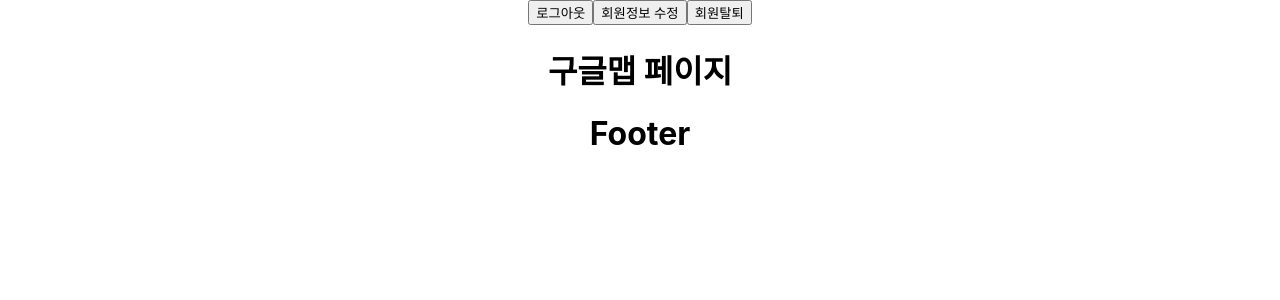
Repository: gimm5550/frontend2
Page: /GoogleMap
The author's editor kept a copy of each file at every save. The page is drawn from the files as they stood at one save, then again after the next save.
The browser window is 1280 px wide. The pictures show the whole page.
The project was rebuilt for these pictures with package versions that can differ from the ones it lists, and the page was loaded fresh each time. Also part of the build but not shown: src/components/common/KakaoLoginButton.js, src/components/FromServer.js, src/components/UserDetail.js, src/components/layout/LandingPageLayout.js, src/components/layout/UserDetailLayout.js, src/components/LoginForm.js, src/components/layout/LoginFormLayout.js, src/components/RegisterForm.js and 14 more.

Above is the page before, as saved 2024-11-17 09:50:45.

### public/index.html
<!DOCTYPE html>
<html lang="en">
  <head>
    <meta charset="utf-8" />
    <link rel="icon" href="%PUBLIC_URL%/favicon.ico" />
    <meta name="viewport" content="width=device-width, initial-scale=1" />
    <meta name="theme-color" content="#000000" />
    <meta
      name="description"
      content="Web site created using create-react-app"
    />
    <link rel="apple-touch-icon" href="%PUBLIC_URL%/logo192.png" />
    <!--
      manifest.json provides metadata used when your web app is installed on a
      user's mobile device or desktop. See https://developers.google.com/web/fundamentals/web-app-manifest/
    -->
    <link rel="manifest" href="%PUBLIC_URL%/manifest.json" />
    <!--
      Notice the use of %PUBLIC_URL% in the tags above.
      It will be replaced with the URL of the `public` folder during the build.
      Only files inside the `public` folder can be referenced from the HTML.

      Unlike "/favicon.ico" or "favicon.ico", "%PUBLIC_URL%/favicon.ico" will
      work correctly both with client-side routing and a non-root public URL.
      Learn how to configure a non-root public URL by running `npm run build`.
    -->
    <title>React App</title>
    <script src="https://developers.kakao.com/sdk/js/kakao.min.js"></script> <!-- 카카오 SDK 추가 -->
  </head>
  <body>
    <noscript>You need to enable JavaScript to run this app.</noscript>
    <div id="root"></div>
    <!--
      This HTML file is a template.
      If you open it directly in the browser, you will see an empty page.

      You can add webfonts, meta tags, or analytics to this file.
      The build step will place the bundled scripts into the <body> tag.

      To begin the development, run `npm start` or `yarn start`.
      To create a production bundle, use `npm run build` or `yarn build`.
    -->
  </body>
</html>

### src/index.js
import React from 'react';
import ReactDOM from 'react-dom/client';
import './index.css';
import App from './App';
import reportWebVitals from './reportWebVitals';
import { BrowserRouter } from 'react-router-dom';
// 카카오 SDK 초기화
if (window.Kakao) {
  window.Kakao.init("629a046bf0fa611328bd69bc1571aa3a"); // 카카오 JavaScript 키로 SDK 초기화
  console.log("Kakao SDK initialized:", window.Kakao.isInitialized());
}
const root = ReactDOM.createRoot(document.getElementById('root'));
root.render(
  <React.StrictMode>
    <BrowserRouter>
      <App />
    </BrowserRouter>
  </React.StrictMode>
);

// If you want to start measuring performance in your app, pass a function
// to log results (for example: reportWebVitals(console.log))
// or send to an analytics endpoint. Learn more: https://bit.ly/CRA-vitals
reportWebVitals();

### src/App.js
import React from 'react';
import './App.css';
import FromServer from './components/FromServer';
import { Route, Routes } from 'react-router-dom';
import UserDetail from './components/UserDetail';
import LandingPageLayout from './components/layout/LandingPageLayout';
import UserDetailLayout from './components/layout/UserDetailLayout';
import routes from './routes';
import { AuthProvider } from './AuthContext'; // AuthProvider import

function App() {
  const getRoutes = (allRoutes) =>
    allRoutes.map((route) => {
      if (route.route) {
        return (
          <Route
            exact
            path={route.route}
            element={route.component}
            key={route.key}
          />
        );
      }
      return null;
    });

  return (
    <div className="App">
      <AuthProvider> {/* AuthProvider로 전체 애플리케이션 감싸기 */}
        <Routes>
          {getRoutes(routes)}
          <Route path='*' element={<LandingPageLayout />} />
        </Routes>
      </AuthProvider>
    </div>
  );
}

export default App;

### src/routes.js
import LoginFormLayout from "./components/layout/LoginFormLayout";
import UserDetailLayout from "./components/layout/UserDetailLayout";
import RegisterFormLayout from "./components/layout/RegisterFormLayout";
import MainListLayout from "./components/layout/MainListLayout"; // community_detail
import CommunityDetailLauout from "./components/layout/community_detailLayout";
import NewCommunityLayout from "./components/layout/NewCommunityLayout";
import CommunityViewLayout from "./components/layout/CommunityViewLayout"; // AdminClient
import AdminClientLayout from "./components/layout/AdminClientLayout";
import EditFormLayout from "./components/layout/EditFormLayout";
import GoogleMapLayout from "./components/layout/GoogleMapLayout";
const routes = [
    {
        name:"UserDetail",
        key:"userDetail",
        route:"/user-detail/:userId",
        component:<UserDetailLayout></UserDetailLayout>
    },
    {
        name:"LoginForm",
        key:"loginForm",
        route:"/login",
        component:<LoginFormLayout></LoginFormLayout>
    },
    {
        name:"RegisterForm",
        key:"RegisterForm",
        route:"/register",
        component:<RegisterFormLayout></RegisterFormLayout>
    },
    {
        name:"MainList",
        key:"MainList",
        route:"/mainlist",
        component:<MainListLayout></MainListLayout>
    },
    {
        name:"community_detail",
        key:"community_detail",
        route:"/community_detail",
        component:<CommunityDetailLauout></CommunityDetailLauout>
    },
    {
        name:"new_community",
        key:"new_community",
        route:"/new_community",
        component:<NewCommunityLayout></NewCommunityLayout>
    },
    {
        name:"CommunityView",
        key:"CommunityView",
        route:"/CommunityView",
        component:<CommunityViewLayout></CommunityViewLayout>
    },
    {
        name: "CommunityView",
        key: "communityView",
        route: "/CommunityView/:id", // ID를 URL 매개변수로 받도록 수정
        component: <CommunityViewLayout></CommunityViewLayout>
    },
    {
        name: "AdminClient",
        key: "AdminClient",
        route: "/AdminClient/:id", // ID를 URL 매개변수로 받도록 수정
        component: <AdminClientLayout></AdminClientLayout>
    },
    {
        name: "community_detail",
        key: "community_detail",
        route: '/community_detail/:id', // ID를 URL 매개변수로 받도록 수정
        component: <CommunityDetailLauout></CommunityDetailLauout>
    },
    {
        name: "new_community",
        key: "new_community",
        route: '/new_community/:id', // ID를 URL 매개변수로 받도록 수정 `/CommunityView/${id}/${communityId}`
        component: <NewCommunityLayout></NewCommunityLayout>
    },
    {
        name: "new_community",
        key: "new_community",
        route: '/CommunityView/:id/:communityId',
        component: <CommunityViewLayout></CommunityViewLayout>
    },
    {
        name:"EditForm",
        key:"EditForm",
        route:"/edit_info",
        component:<EditFormLayout></EditFormLayout>
    },
    {
        name:"GoogleMap",
        route: "/GoogleMap",
        component: <GoogleMapLayout />, // GoogleMapLayout 컴포넌트 연결
        key: "google-map",
    },
]
export default routes;

### src/AuthContext.js
import React, { createContext, useContext, useState } from 'react';

const AuthContext = createContext();

export const AuthProvider = ({ children }) => {
    const [user, setUser] = useState(null); // 로그인한 사용자 정보를 저장할 상태

    const login = (userData) => {
        setUser(userData); // 로그인 시 사용자 정보 저장
    };

    const logout = () => {
        setUser(null); // 로그아웃 시 사용자 정보 초기화
    };

    return (
        <AuthContext.Provider value={{ user, login, logout }}>
            {children}
        </AuthContext.Provider>
    );
};

// 사용자 정보를 가져오는 커스텀 훅
export const useAuth = () => {
    return useContext(AuthContext);
};

### src/url.js
const baseURL = 'https://jsonplaceholder.typicode.com'
export const REQUEST_URL = {
  POSTS: `${baseURL}/posts`,
  USERS: `${baseURL}/users`,
}

### src/api.js
import axios from 'axios';
//114.204.175.6
//172.30.126.174
const instance = axios.create({
    baseURL: 'http://172.30.126.174:8080',
    timeout: 10000
});

export default {


    login(id, pw) {
        console.log("login api 실행됨")
        return instance.post('/api/users/login', { userId: id, userPw: pw});
    },

    register(id, pw) {
        return instance.post('/api/users/register', { userId: id, userPw: pw});
    },

    list() {
        return instance.get('/api/list');
    },

    createCommunity(data) {
        return instance.post('/taxi/community', data);
    },

    call(id, startLat, startLng, startAddr, endLat, endLng, endAddr) {
        return instance.post('/taxi/call', {
            userId: id,
            startLat: startLat,
            startLng: startLng,
            startAddr: startAddr,
            endLat: endLat,
            endLng: endLng,
            endAddr: endAddr
        });
    },

    geoCoding(coords, key) {
        let url = "https://maps.googleapis.com/maps/api/geocode/json";
        let lat = coords.latitude;
        let lng = coords.longitude;

        return axios.get(`${url}?latlng=${lat},${lng}&key=${key}&language=ko`);
    },

    // 커뮤니티 상세보기 API
    getCommunityDetail(communityId) {
        console.log("communityId:", communityId);
        return instance.get(`/community/${communityId}`);
    },

    // 커뮤니티 삭제 API
    deleteCommunity(communityId) {
        console.log("communityId:", communityId);
        return instance.delete(`/community/${communityId}`);
    },

    editCommunity(communityId, updatedData) {
        console.log("communityId:", communityId);
        console.log("updatedData:", updatedData);  // 수정할 데이터를 콘솔에 출력
        return instance.put(`/community/${communityId}`, updatedData);
    },

    outing(id, title, content, admin_id, member_count){
        console.log("outring함수실행")
        return instance.post('/community', {
            id: id,
            title: title,
            content: content,
            admin_id: admin_id,
            member_count: member_count
        });
    },

    newing(id, title, content, region){
        return instance.post('/new', {
            region: region,
            title: title,
            content: content,
            admin_id: id,
            member_count: 0
        });
    },

    detail_show(id){
        return instance.get(`/detail3/${id}`, {
            id: id
        });
    },

    detail_show2(id, id2){
        console.log("detail_show2실행")
        console.log("id:", id)
        return instance.get(`/detail4/${id}/${id2}`, {
        });
    },

    detail_new(title, content, editor, communityid){
        return instance.post('/detail2', {
            title: title,
            content: content,
            editor: editor,
            communityid: communityid
        });
    },

    detail_delete(id, detail_id) {
        return instance.delete(`/detail2/${id}/${detail_id}`); // URL에 detail_id를 포함시킴
    },

    add_comment(id, communityId, nickname, newComment){
        console.log("add_comment 실행!!")
        return instance.post(`/Comments/${id}/${communityId}`, {
            nickname: nickname,
            content: newComment
        });
    },
    // '/client/:id'
    get_approved_clients(id){
        return instance.get(`/client/${id}`, {
        });
    },

    get_pending_clients(id){
        return instance.get(`/client2/${id}`, {
        });
    },

    reject_client(clientId){
        return instance.delete(`/client2/${clientId}`, {
        });
    },

    expel_client(clientId){
        return instance.delete(`/client/${clientId}`, {
        });
    },

    approve_client(clientId, nickname){
        console.log("approve_client 발동")
        console.log("nickname2:", nickname)
        return instance.post(`/client/${clientId}`, {
            nickname: nickname
        });
    },

    request_join_community(nickname, communityId){
        return instance.post('/client2', {
            nickname: nickname
        });
    },

    get_pending_clients2(user_id){
        return instance.get(`/client3/${user_id}`, {
            user_id : user_id
        });
    },

    edit_info(userId){
        return instance.post('/edit', {
            userId: userId
        });
    },

    fetch_token(response){
        console.log("1")
        return instance.post('/login/success', {response: response});
    },

    getpassword(userId) {
        console.log("Sending userId as query parameter. userId:", userId);

        // userId가 객체일 경우 'id' 값을 추출, 그렇지 않으면 그대로 사용
        const extractedUserId = typeof userId === 'object' && userId.id ? userId.id : userId;

        // 추출된 userId를 URL 인코딩
        const encodedUserId = encodeURIComponent(extractedUserId);

        console.log("Encoded userId:", encodedUserId);

        // 인코딩된 userId를 URL에 포함
        return instance.get(`/api/edit/EditInfo?userId=${encodedUserId}`);
    },
    updateUser(userId2, userPw) {
        return instance.post('/api/edit/realedit',
        {
            userId2: userId2,
            userPw: userPw
        });
    },

    deleteUser(user) {
        return instance.post('/api/edit/delete',
        {
            user: user
        });
    },
    createTravelRecord(title, description) {
        return instance.post('/api/travel-records', { title : title, description : description });
    },
    addComment(travelRecordId, content, commentId) {
        console.log("commentId!!!!!!!:", commentId)
        return instance.post(`/api/comments`, {
            travelRecordId: travelRecordId,
            content: content,
            author: commentId.id // 작성자 이름을 적절히 설정
        });
    },
    // 댓글 데이터 가져오기
    getCommentsByTravelRecordId(travelRecordId) {
        return instance.get(`/api/comments/${travelRecordId}`);
    },
}

### src/components/layout/CommonLayout.js
import Footer from "../common/Footer";
import Header from "../common/Header";
export default function CommonLayout({children}){
    return <div>
            <Header></Header>
            {children}
            <Footer></Footer>
        </div>

}

### src/components/layout/GoogleMapLayout.js
import GoogleMap from "../GoogleMap";
import CommonLayout from "./CommonLayout";
export default function GoogleMapLayout(){
    console.log("GoogleMapLayout 실행됨")
    return<div>
            <CommonLayout>
                <GoogleMap></GoogleMap>
            </CommonLayout>
        </div>

}

### src/components/common/Footer.js
export default function Footer(){
    return<div>
            <h1>Footer</h1>
        </div>
}

### src/components/common/Header.js
import { useNavigate } from 'react-router-dom';
import React, { useEffect, useState } from "react";
import api from '../../api';
export default function Header() {
    const [user, setUser] = useState(null); // 사용자 정보 상태
    const navigate = useNavigate();
    const handleLogout = () => {
        console.log('로그아웃 처리');
        localStorage.removeItem('user'); // 로컬 스토리지에서 사용자 정보 삭제
        navigate('/login');
    };
    useEffect(() => {
        const userData = JSON.parse(localStorage.getItem('user')); // 로컬 스토리지에서 사용자 정보 가져오기
        setUser(userData);
    }, []);

    const handleEditProfile = () => {
        console.log('회원정보 수정 페이지로 이동');
        navigate('/edit_info');
        // 회원정보 수정 로직 추가
        //api.edit_info(user.id);
    };

    const handleDelete = () => {
        if (window.confirm('정말로 회원탈퇴를 하시겠습니까?')) {
            console.log('회원탈퇴 진행 중...');

            api.deleteUser(user.id) // user의 id만 전달
                .then(response => {
                    console.log('회원탈퇴 성공:', response.data);
                    alert('회원탈퇴가 완료되었습니다.');
                    localStorage.removeItem('user'); // 로컬 스토리지에서 사용자 정보 삭제
                    navigate('/login'); // 로그인 페이지로 이동
                })
                .catch(error => {
                    console.error('회원탈퇴 실패:', error);
                    alert('회원탈퇴 처리 중 오류가 발생했습니다.');
                });
        }
    };


    return (
        <div>
            {user && <p>현재 로그인된 아이디: {user.id}</p>}
            <div>
                <button onClick={handleLogout}>로그아웃</button>
                <button onClick={handleEditProfile}>회원정보 수정</button>
                <button onClick={handleDelete}>회원탈퇴</button>
            </div>
        </div>
    );
}

### src/components/GoogleMap.js
import React, { useEffect, useState } from "react";
import axios from "axios";
import { REQUEST_URL } from "../url";
import { useNavigate } from "react-router-dom";
import api from '../api';
import AsyncStorage from "@react-native-async-storage/async-storage";
import KakaoLoginButton from './common/KakaoLoginButton';
export default function GoogleMap() {

    return (
        <div>
            <h1>구글맵 페이지</h1>
        </div>
    );
}

Loaded but not shown: src/index.css (common file); src/reportWebVitals.js (common file); src/App.css (common file)

After the next save:
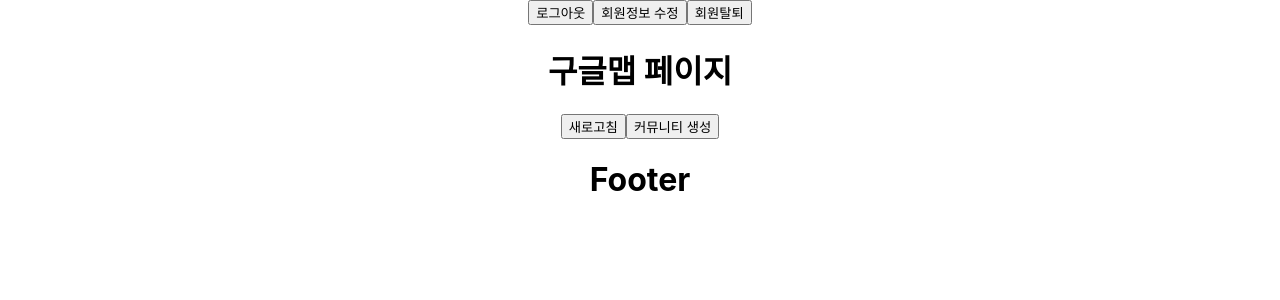
Saved 97 s later.
--- a/src/components/GoogleMap.js
+++ b/src/components/GoogleMap.js
@@ -3,13 +3,90 @@ import axios from "axios";
 import { REQUEST_URL } from "../url";
 import { useNavigate } from "react-router-dom";
 import api from '../api';
-import AsyncStorage from "@react-native-async-storage/async-storage";
 import KakaoLoginButton from './common/KakaoLoginButton';
+
 export default function GoogleMap() {
+    const [callList, setCallList] = useState([]);
+    const [loading, setLoading] = useState(false);
+    const [modalVisible, setModalVisible] = useState(false);
+    const [title, setTitle] = useState("");
+    const [content, setContent] = useState("");
+
+    const fetchCallList = async () => {
+        setLoading(true);
+        try {
+            const userId = await AsyncStorage.getItem('userId') || "";
+            const response = await api.list(userId);
+            const { code, message, data } = response.data[0];
+            if (code === 0) {
+                setCallList(data);
+            } else {
+                alert(`오류: ${message}`);
+            }
+        } catch (err) {
+            console.error("데이터 요청 중 오류 발생:", err);
+        } finally {
+            setLoading(false);
+        }
+    };
+
+    const createCommunity = async () => {
+        setModalVisible(true);
+    };
+
+    const submitCommunity = async () => {
+        try {
+            const userId = await AsyncStorage.getItem('userId') || "";
+            await api.createCommunity({ title, content, user_id: userId });
+            setModalVisible(false);
+            setTitle("");
+            setContent("");
+            fetchCallList(); // 새로고침
+        } catch (err) {
+            console.error("커뮤니티 생성 중 오류:", err);
+        }
+    };
+
+    useEffect(() => {
+        fetchCallList();
+    }, []);
 
     return (
         <div>
             <h1>구글맵 페이지</h1>
+            <button onClick={fetchCallList}>새로고침</button>
+            <button onClick={createCommunity}>커뮤니티 생성</button>
+
+            {loading && <div>Loading...</div>}
+
+            <ul>
+                {callList.map(item => (
+                    <li key={item.id}>
+                        <h3>{item.title}</h3>
+                        <p>{item.content}</p>
+                        <button>입장</button>
+                    </li>
+                ))}
+            </ul>
+
+            {modalVisible && (
+                <div>
+                    <h2>커뮤니티 생성</h2>
+                    <input
+                        type="text"
+                        placeholder="제목"
+                        value={title}
+                        onChange={(e) => setTitle(e.target.value)}
+                    />
+                    <textarea
+                        placeholder="내용"
+                        value={content}
+                        onChange={(e) => setContent(e.target.value)}
+                    />
+                    <button onClick={submitCommunity}>생성</button>
+                    <button onClick={() => setModalVisible(false)}>취소</button>
+                </div>
+            )}
         </div>
     );
 }
